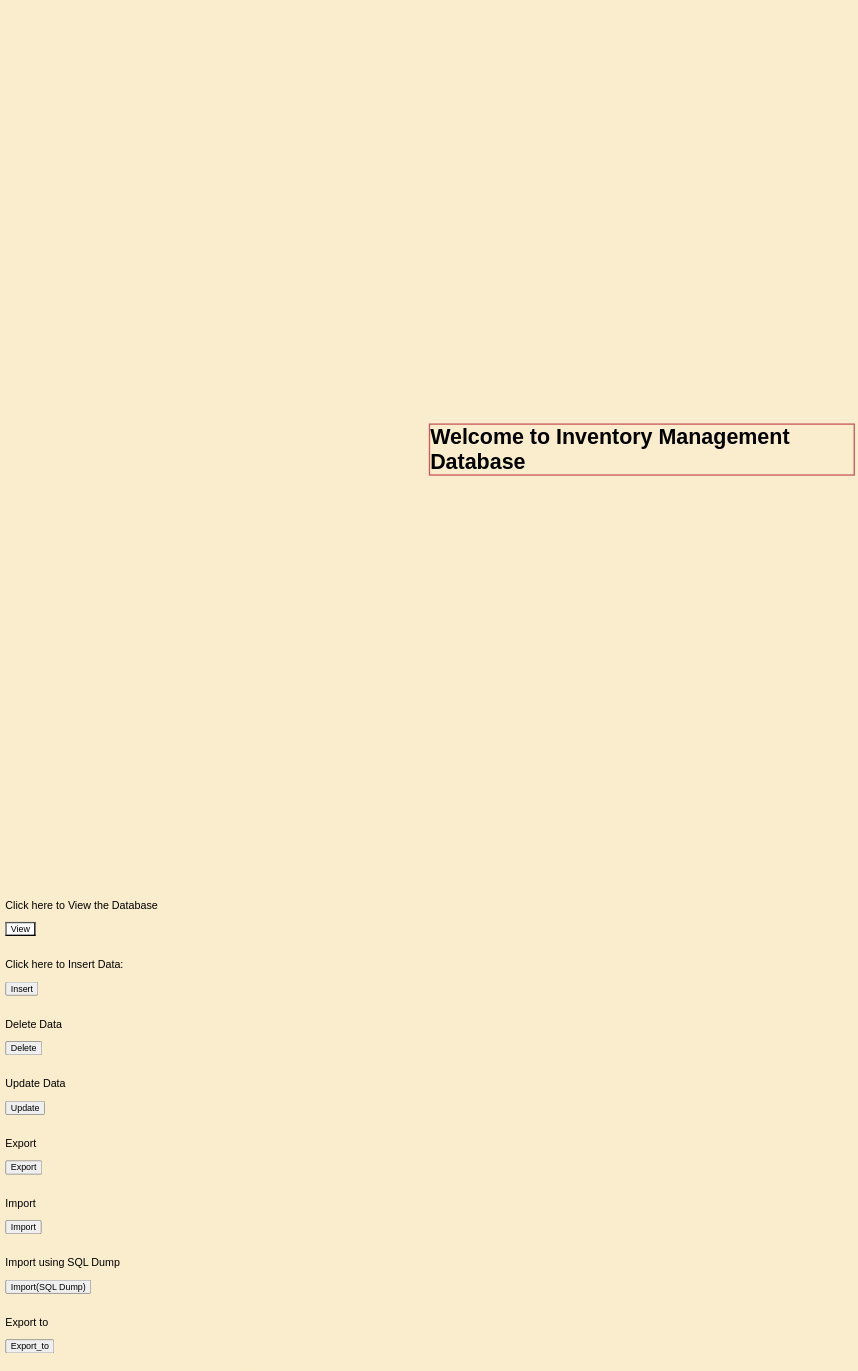
Repository: cyrusdwivedi2002/inventory-management-system
Page: DemoApp/src/main/webapp/Mainpage.html
The author's editor kept a copy of each file at every save. The page is drawn from the files as they stood at one save, then again after the next save.
The browser window is 1280 px wide. The pictures show the whole page, at 67% of full size.
Some web fonts or font styles are not loaded; a fallback is used.

Above is the page before, as saved 2022-06-24 18:22:33.

After the next save:
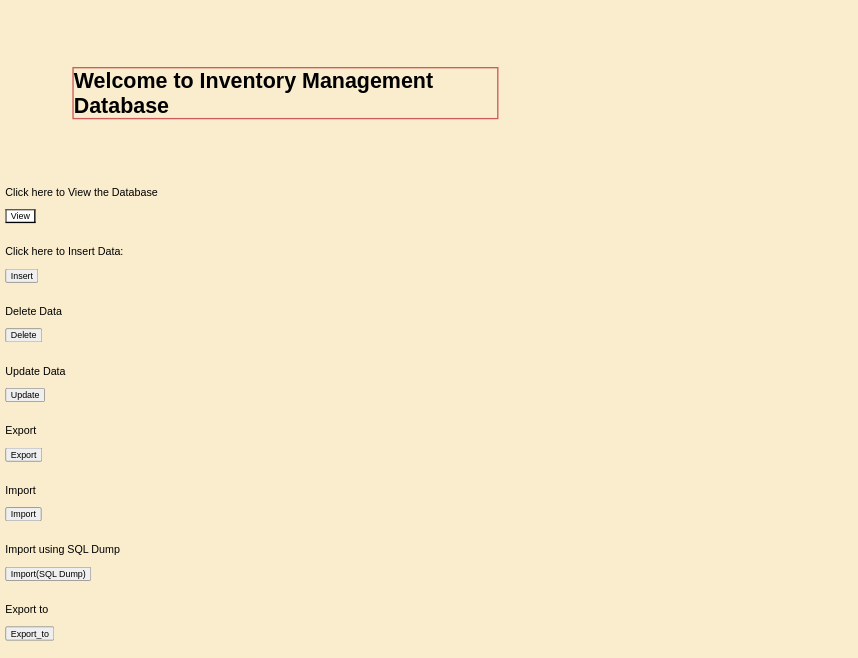
Saved 12 s later.
--- a/DemoApp/src/main/webapp/Mainpage.html
+++ b/DemoApp/src/main/webapp/Mainpage.html
@@ -15,7 +15,7 @@ font-family: 'Anek Latin', sans-serif;
 h1{
 color: black;
 width: 50%;
-margin:50%;
+margin:100px;
 border: 2px solid indianred;
 }
 </style>
